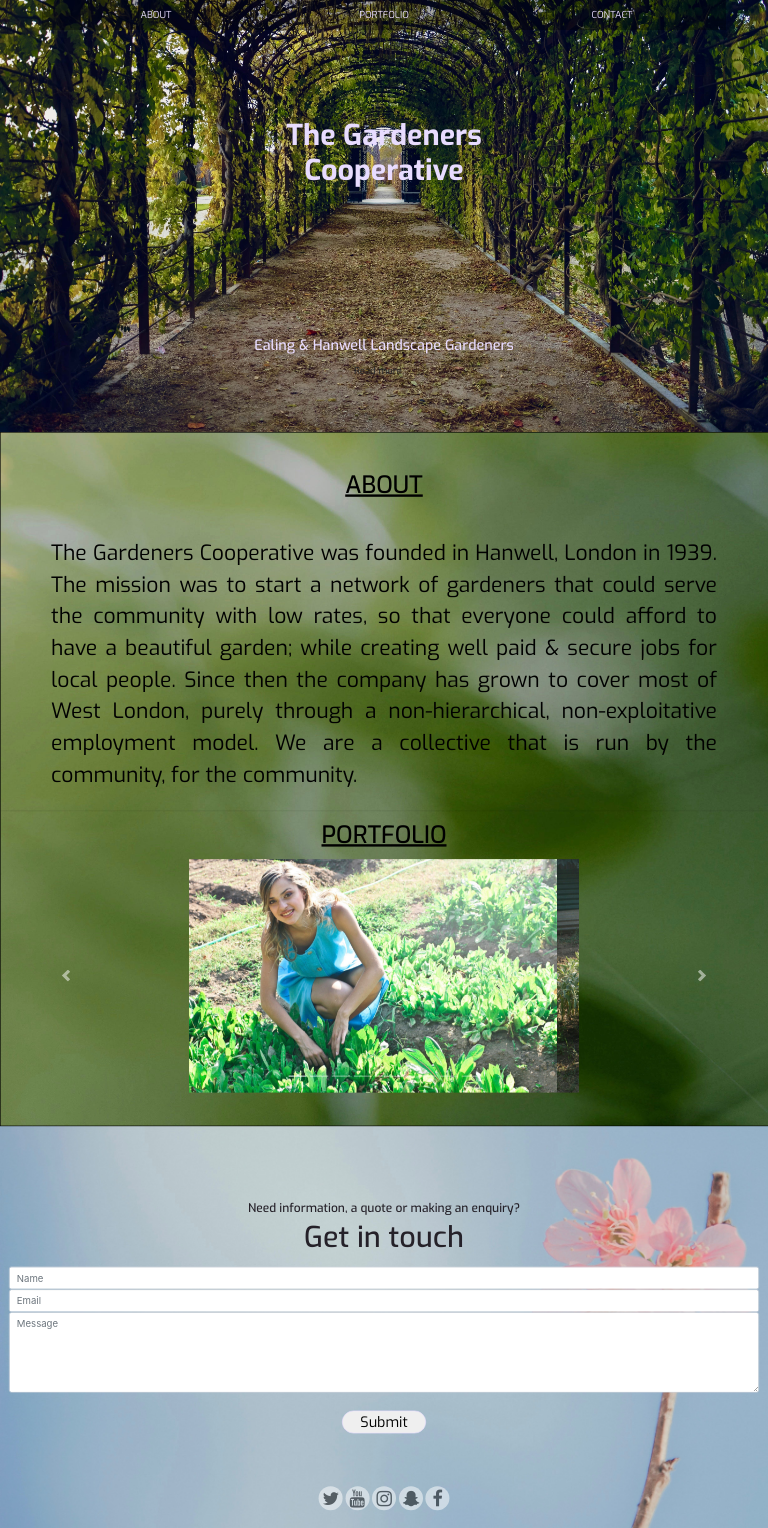
Repository: harrypars0ns/milestone-project
Page: index.html
The author's editor kept a record of every edit. The page is drawn from the files as they stood at one moment, then again after the next edit.
The browser window is 1280 px wide. The pictures show the whole page, at 60% of full size.
Backgrounds fixed to the window are drawn as part of the page.

Above is the page before.

After the next edit:
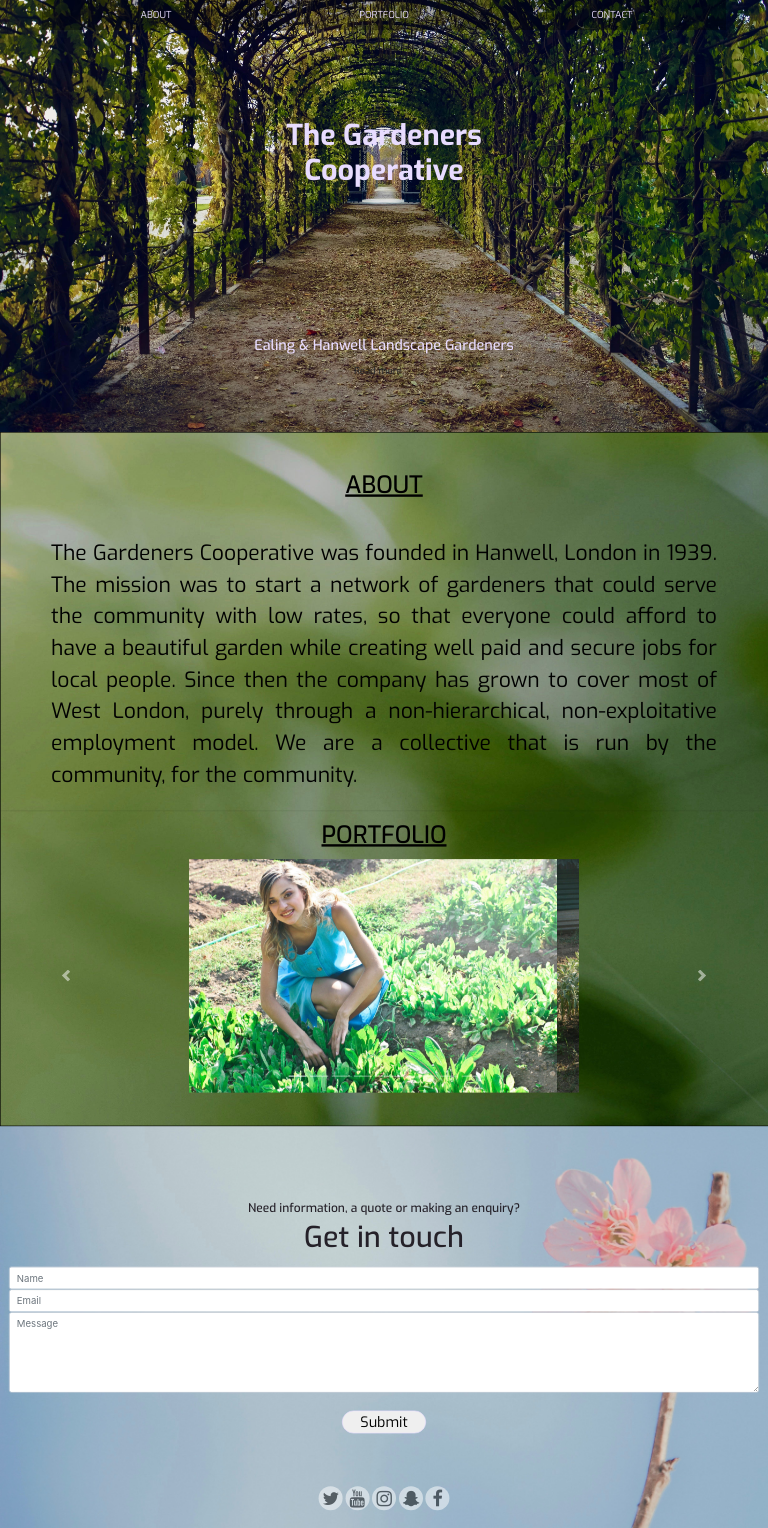
The edit:
--- a/index.html
+++ b/index.html
@@ -78,8 +78,8 @@
             <div class="container">
                 <div class="row">
                     <div class="col">
-                        <p>The Gardeners Cooperative was founded in Hanwell, London in 1939. The mission was to start a network of gardeners that could serve the community with low rates, so that everyone could afford to have a beautiful garden; while creating
-                            well paid & secure jobs for local people. Since then the company has grown to cover most of West London, purely through a non-hierarchical, non-exploitative employment model. We are a collective that is run by the community,
+                        <p>The Gardeners Cooperative was founded in Hanwell, London in 1939. The mission was to start a network of gardeners that could serve the community with low rates, so that everyone could afford to have a beautiful garden while creating
+                            well paid and secure jobs for local people. Since then the company has grown to cover most of West London, purely through a non-hierarchical, non-exploitative employment model. We are a collective that is run by the community,
                             for the community.</p>
                     </div>
 
